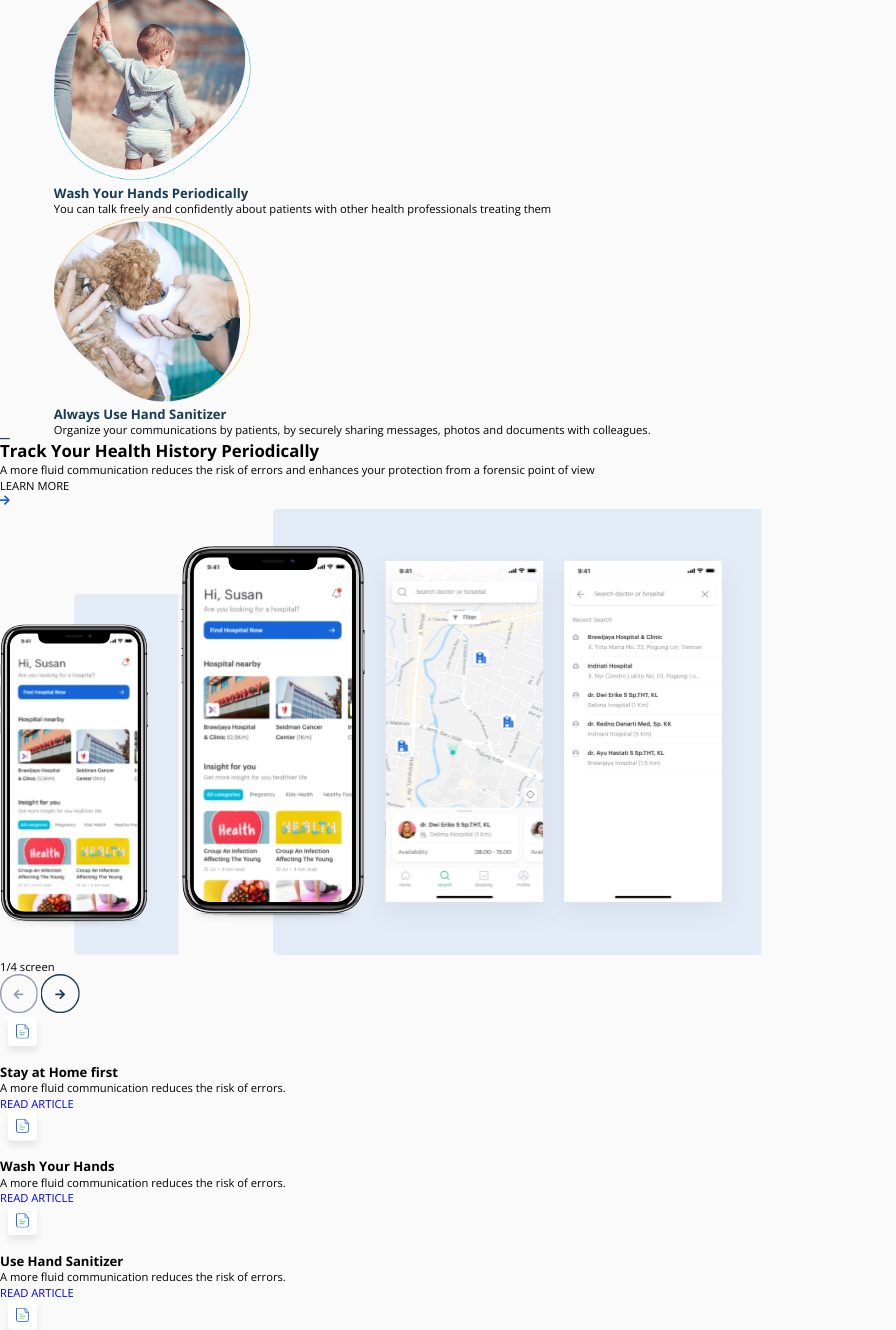
Repository: Esttevo/prova-html-css
Page: index.html
These files come from the project's save history. The page is drawn as it stood at one moment and after a run of saves; the edit follows.
The browser window is 1280 px wide. The pictures show the part of the page from y = 3478 to 5378 px (the page is 5974 px tall), at 70% of full size.
A picture or video elsewhere on the page could not be fetched, so the positions and the page height are approximate.

Above is the page before, as saved 2026-08-31 21:28:17.

### index.html
<!DOCTYPE html>
<html lang="en">
<head>
    <meta charset="UTF-8">
    <meta name="viewport" content="width=device-width, initial-scale=1.0">
    <title>Document</title>
    <link rel="stylesheet" href="style.css">
</head>
<body>
    <header>
        <img id="header-logo" src="img/icons/Logo.svg" alt="Logo escrita EHYA">

        <nav id="header-nav">
            <a class="no-chevron" href="#">Home</a>
            <a class="with-chevron" href="#">
                Landings
                <img src="img/icons/icon-chevron-down.svg" alt="indica que possui uma lista ao clicar">
            </a>
            <a class="with-chevron" href="#">
                Pages
                <img src="img/icons/icon-chevron-down.svg" alt="indica que possui uma lista ao clicar">
            </a>
            <a href="#">Docs</a>
            <a href="#">Help</a>
            <button>Get it now</button>
        </nav>

        <img src="img/icons/icon-menu-hamburger.svg" alt="Menu hamburger">
    </header>

    <main>
        <section id="section-hero">
            <div id="hero-text">
                <div id="bar-text">
                    <div class="estilization-bar"> a</div>

                    <h4>
                        Changing the way you
                        go to healthcare
                    </h4>
                </div>

                <h1>
                    Primary Care
                    Designed for
                    Real Life
                </h1>

                <p>
                Discuss patients, share notes and documents in a secure manner and be part of a network of health professionals ready to
                collaborate better.
                </p>

                <form id="form-hero" action="#">
                    <input id="text-write" type="text" placeholder="name@youremail.com">
                    <input id="button" type="submit" value="Subscribe">
                </form>
            </div>
            <img src="img/image-hero.png" alt="4 medicos sorrindo e uma medica sobrepondo os 4">
        </section>

        <section id="section-connect">
            <div id="connect-tittle-subtittle">
                <h2>
                    Connect easily. Collaborate efficiently.
                </h2>

                 <p>
                    Rather than do things the
                    ypical way, we’ve created
                    a membership-based primary
                    care practice truly designed
                    around your needs.
                </p>
            </div>

           <img src="img/Dashboard.svg" alt="dashboard de exemplo de um sistema de agendamento">

           <div id="cards-advantages">
                <div id="first-card-advantages">
                     <h2>01</h2>
                     <h3>For Doctor</h3>
                     <p>
                         You get an in-house
                         team to guide and advocate
                         for you through questions
                     </p>
                </div>

                <div id="second-card-advantages">
                     <h2>02</h2>
                     <h3>For Patient</h3>
                     <p>
                         You get an in-house
                         team to guide and advocate
                         for you through questions
                     </p>
                </div>

                <div id="third-card-advantages">
                     <h2>03</h2>
                     <h3>For Clinician</h3>
                     <p>
                         You get an in-house
                         team to guide and advocate
                         for you through questions
                     </p>
                </div>
            </div>
        </section>

        <section id="section-protect">
            <h2>
                Protect yourself and your family first.
            </h2>

            <div id="protect-content-tips">
                <div class="content-tips-card">
                    <img src="img/icons/icon-house.svg" alt="Casa">

                    <h3>
                        Stay at Home first
                    </h3>

                    <p>
                        Our technology makes
                        it practically impossible
                        for any patient data breach to occur
                    </p>
                </div>

                <div class="content-tips-card">
                    <img src="img/icons/icon-hand.svg" alt="Lavando a mao">

                    <h3>
                        Wash Your Hands Periodically
                    </h3>

                    <p>
                        You can talk freely and confidently
                        about patients with other health professionals
                         treating them
                    </p>
                </div>

                <div class="content-tips-card">
                    <img src="img/icons/icon-remedy.svg" alt="pilula de remedio">

                    <h3>
                        Consume more Vitamin C
                    </h3>

                    <p>
                        A more fluid communication reduces
                        the risk of errors and enhances your
                        protection from a forensic point of view
                    </p>
                </div>

                <div class="content-tips-card">
                    <img src="img/icons/icon-medicament.svg" alt="Caixa de remedio">

                    <h3>
                        Always Use Hand Sanitizer
                    </h3>

                    <p>
                        Organize your communications
                        by patients, by securely sharing
                        messages, photos and documents
                        with colleagues.
                    </p>
                </div>
            </div>
        </section>

        <section id="section-modern">
            <h2>
                Modern clinics.
                Smart, hassle
                -free care.
            </h2>

            <div id="first-and-second-content">
                <div class="modern-content-img-text">
                    <img src="img/image-medic.svg" alt="equipamentos de medico">
                    <h3>
                        Consume more Vitamin C
                    </h3>

                    <p>
                        A more fluid communication reduces
                        the risk of errors and enhances your
                        protection from a forensic point of view
                    </p>
                </div>

                <div class="modern-content-img-text">
                    <img src="img/image-kid.png" alt="Criança caminhando de mão dada">
                    <h3>
                        Wash Your Hands Periodically
                    </h3>

                    <p>
                        You can talk freely and confidently
                        about patients with other health professionals
                         treating them
                    </p>
                </div>
            </div>

            <div id="third-and-fourth-content">
                <div class="modern-content-img-text">
                    <img src="img/image-dog.png" alt="cachorro tomando agua no colo">
                    <h3>
                        Always Use Hand Sanitizer
                    </h3>

                    <p>
                        Organize your communications
                        by patients, by securely sharing
                        messages, photos and documents
                        with colleagues.
                    </p>
                </div>
            </div>
        </section>

        <section id="section-health">
            <div class="health-content-text">
                <div class="estilization-bar"></div>

                <h2>
                     Track Your Health
                     History Periodically
                </h2>

                <p>
                 A more fluid communication reduces
                 the risk of errors and enhances your
                 protection from a forensic
                 point of view
                </p>

                <div id="learn-more">
                     <p>LEARN MORE</p>
                     <img src="img/icons/icon-arrow-right.svg" alt="seta para a direita, clique para ler mais">
                </div>
            </div>

           <img id="image-mobile" src="img/image-health-mobile.svg" alt="iphone em um site de localização de hospitais com mapa e busca">
            <img id="image-desktop" src="img/image-health-desktop.svg" alt="iphone em um site de localização de hospitais com mapa e busca">
           <div id="count-pages">
                <p>1/4 screen</p>

                <div id="img-arrow">
                    <img src="img/icons/icon-button-left.svg" alt="botão para tela da esquerda">
                    <img src="img/icons/icon-button-right.svg" alt="botão para tela da direita">
                </div>
           </div>
        </section>

        <section id="section-resources">
            <article class="selected-resources-card">
                <img src="img/icons/icon-docs.png" alt="simbolo de documento">

                <h3>Stay at Home first</h3>

                <p>
                    A more fluid communication
                    reduces the risk of errors.
                </p>

                <a href="#">
                    READ ARTICLE
                </a>
            </article>

            <article class="resources-card">
                <img src="img/icons/icon-docs.png" alt="simbolo de documento">

                <h3>
                    Wash Your Hands
                </h3>

                <p>
                    A more fluid communication
                    reduces the risk of errors.
                </p>

                <a href="#">
                    READ ARTICLE
                </a>
            </article>

            <article class="resources-card">
                <img src="img/icons/icon-docs.png" alt="simbolo de documento">

                <h3>Use Hand Sanitizer</h3>

                <p>
                    A more fluid communication
                    reduces the risk of errors.
                </p>

                <a href="#">
                    READ ARTICLE
                </a>
            </article>

            <article class="resources-card">
                <img src="img/icons/icon-docs.png" alt="simbolo de documento">

                <h3>Consume Vitamin C</h3>

                <p>
                    A more fluid communication
                    reduces the risk of errors.
                </p>

                <a href="#">
                    READ ARTICLE
                </a>
            </article>
        </section>

        <section id="section-updates">
            <h2>be the first to know our updates</h2>

            <form action="#">
                <input  type="text" id="name" name="name" placeholder="&#xF007; Teste">
                <input  type="text" id="name" name="name" placeholder="&#xF007; Teste">
                <input type="submit" value="Subscribe Us">
            </form>
        </section>
    </main>

    <footer id="footer">
        <div id="footer-content-nav">
            <nav class="nav-footer">
                <a class="nav-tittle" href="#">Product</a>
                <a class="nav-item" href="#">Landingpage</a>
                <a class="nav-item" href="#">Features</a>
                <a class="nav-item" href="#">Documentation</a>
                <a class="nav-item" href="#">Referral Program</a>
                <a class="nav-item" href="#">Pricing</a>
            </nav>

            <nav class="nav-footer">
                <a class="nav-tittle" href="#">Services</a>
                <a class="nav-item" href="#">Documentation</a>
                <a class="nav-item" href="#">Design</a>
                <a class="nav-item" href="#">Themes</a>
                <a class="nav-item" href="#">Illustrations</a>
                <a class="nav-item" href="#">UI Kit</a>
            </nav>

            <nav class="nav-footer">
                <a class="nav-tittle" href="#">Company</a>
                <a class="nav-item" href="#">About</a>
                <a class="nav-item" href="#">Terms</a>
                <a class="nav-item" href="#">Privacy Policy</a>
                <a class="nav-item" href="#">Careers</a>
            </nav>

            <nav class="nav-footer">
                <a class="nav-tittle" href="#">More</a>
                <a class="nav-item" href="#">Documentation</a>
                <a class="nav-item" href="#">License</a>
                <a class="nav-item" href="#">Changelog</a>
            </nav>
        </div>

        <img src="img/icons/Logo.svg" alt="simbolo de logo">

        <p>Build a modern and creative website with crealand</p>

        <div id="icons-footer">
            <img src="img/icons/Icon-google.svg" alt="icone redirecionamento google">
            <img src="img/icons/icon-email.svg" alt="icone redirecionamento email">
            <img src="img/icons/icon-instagram.svg" alt="icone redirecionamento instagram">
            <img src="img/icons/icon-linkedin.svg" alt="icone redirecionamento linkedIn">
        </div>
    </footer>
</body>
</html>

### style.css
@import url('https://fonts.googleapis.com/css2?family=Inter:ital,opsz,wght@0,14..32,100..900;1,14..32,100..900&display=swap');
@import url('https://fonts.googleapis.com/css2?family=Inter:ital,opsz,wght@0,14..32,100..900;1,14..32,100..900&family=Open+Sans:ital,wght@0,300..800;1,300..800&display=swap');

:root {
    --primary-background-color: #FAFAFA;
    --secundary-background-color: #FFFFFF;

    --primary-color: #1565D8;

    --primary-tittle-font-color: #183B56;

    --primary-subtittle-font-color: #5A7184;

    --primary-font-family: "Open Sans", sans-serif;
    --secundary-font-family: "Inter", sans-serif;

    --color-spacing: #E3E7ED;
}

* {
    margin: 0;
    padding: 0;
    text-decoration: none;
    box-sizing: border-box;
    overflow-x: hidden;
}

body {
    font-family: var(--primary-font-family);
    background-color: var(--primary-background-color);
}

header {
    display: flex;
    justify-content: space-between;
    padding: 1.2rem 1.5rem;

}

#header-nav {
    display: none;
}

#bar-text {
    display: flex;
    flex-direction: column;
    align-items: center;
    gap: 1rem;
    padding: 1.2rem 3rem;
}

.estilization-bar {
    background-color: #344563;;
    width: 14px;
    height: 2px;
}

#bar-text h4 {
    font-size: clamp(14px, 1vw, 30px);
    text-align: center;
    line-height: 150%;
    color: var(--primary-tittle-font-color);
}

#section-hero {
    display: flex;
    flex-direction: column;
    padding: 0 clamp(1.25rem, 6vw, 9rem);
}

#section-hero h1 {
    color: var(--primary-tittle-font-color);
    text-align: center;
    line-height: 125%;
    font-weight: 700;
    letter-spacing: 0.2;
    font-family: var(--secundary-font-family);
    padding: 0 1rem;
    font-size: clamp(32px, 5vw, 56px);
}

#section-hero p {
    color: var(--primary-subtittle-font-color);
    text-align: center;
    font-size: 1rem;
    padding-top: 1rem;
    line-height: 175%;
}

#section-hero form {
    display: flex;
    flex-direction: column;
    width: clamp(280px, 100%, 400px);
    padding: 2rem 0;
    justify-self: center;
}

#section-hero #text-write {
    height: 3.8rem;
    border: none;
    border-radius: 0.5rem;
    padding: 1rem;
    font-family: var(--primary-font-family);
}

#section-hero #button {
    background-color: var(--primary-color);
    border: none;
    font-size: var(--primary-font-family);
    color: #FFFFFF;
    border-radius: 0.5rem;
    padding: 0.5rem 0;
    height: 2.5rem;
}

#section-hero img {
    width: clamp(280px, 100%, 540px);
    align-self: center;
    padding-bottom: 3rem;
}

#section-connect {
    display: flex;
    flex-direction: column;
    padding: 0 clamp(1.25rem, 6vw, 9rem);

}

#connect-tittle-subtittle h2{
    border-top: 1px solid var(--color-spacing);
    color: var(--primary-tittle-font-color);
    text-align: center;
    padding: 1rem;
    padding-top: 3.7rem;
    line-height: 125%;
    font-family: var(--secundary-font-family);
}

#connect-tittle-subtittle p {
    color: var(--primary-subtittle-font-color);
    text-align: center;
    line-height: 175%;
    padding-bottom: 0.5rem;
}

#section-connect img {
    width: 438px;
    /* fica certo aos 498, nsei como fazer ainda*/
}

#cards-advantages {
    display: flex;
    flex-direction: column;
    padding-bottom: 3.7rem;
    border-bottom: 1px solid var(--color-spacing);
}

#first-card-advantages {
    display: flex;
    flex-direction: column;
    background-color: var(--secundary-background-color);
    padding: 1rem 1.5rem 1rem 1.5rem;
    border: 1px solid #F8F9FA;
    border-radius: 8px;

}

#first-card-advantages h2 {
    color: var(--primary-color);
    font-size: clamp(24px, 3vw, 48px);
    padding-bottom: 0.8rem;
}

#first-card-advantages h3 {
    font-family: var(--secundary-font-family);
    color: var(--primary-tittle-font-color);
    padding-bottom: 0.5rem;
}

#first-card-advantages p {
    color: var(--primary-subtittle-font-color);
}

#second-card-advantages {
    display: none;
}

#third-card-advantages {
    display: none;
}

#section-protect {
    display: flex;
    flex-direction: column;
    align-content: center;
    padding: 0 clamp(1.25rem, 6vw, 9rem);

}

#section-protect h2  {
    font-family: var(--secundary-font-family);
    font-size: clamp(24px, 3vw, 48px);
    color: var(--primary-tittle-font-color);
    padding-bottom: 2rem;
    padding-top: 4rem;
    text-align: center;
    letter-spacing: 0.2;
    font-weight: 700;
}

#protect-content-tips {
    display: flex;
    flex-direction: column;
}

.content-tips-card {
    display: flex;
    flex-direction: column;
    align-items: center;
    padding-bottom: 5rem;
}

.content-tips-card img {
    width: clamp(82px, 9vw, 130px);
    align-self: center;
    margin: 2rem;
}

.content-tips-card h3 {
    font-family: var(--secundary-font-family);
    font-size: clamp(16px, 3vw, 20px);
}
.content-tips-card p {
    color: var(--primary-subtittle-font-color);
    text-align: center;
    padding-top: 0.6rem;
    line-height: 170%;
}

#section-modern {
    display: flex;
    flex-direction: column;
    padding: 0 clamp(1.25rem, 6vw, 9rem);
}

#section-modern h2 {
    color: var(--primary-tittle-font-color);
    padding-top: 4.5rem;
    border-top: 1px solid var(--color-spacing);
}

.modern-content-img-text h3 {
    color: var(--primary-tittle-font-color);
}

After the next 5 saves:
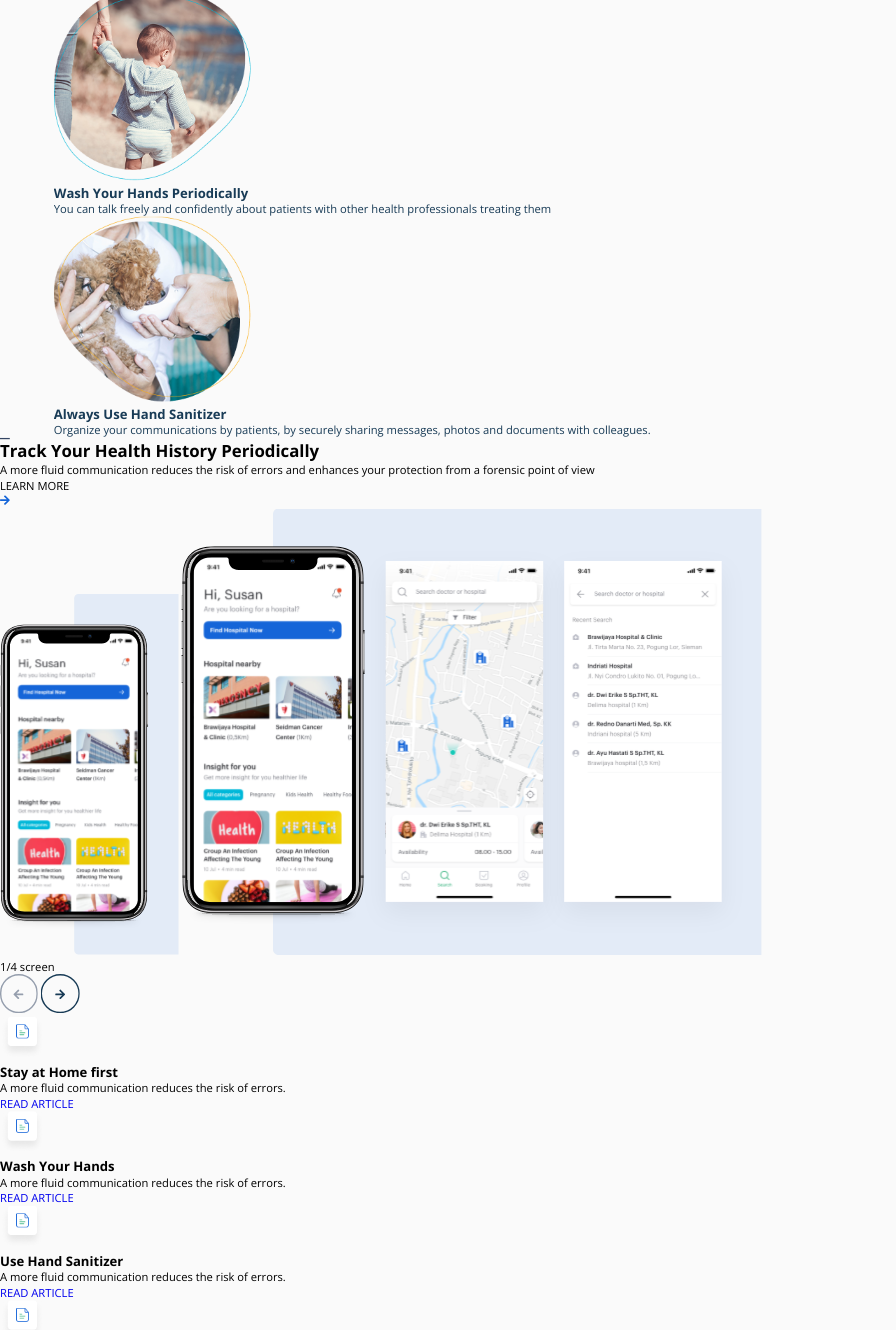
The 5 saves are shown as one change because they came seconds apart.
The last was saved 18 s later.
--- a/style.css
+++ b/style.css
@@ -252,3 +252,7 @@ header {
 .modern-content-img-text h3 {
     color: var(--primary-tittle-font-color);
 }
+
+.modern-content-img-text p {
+    color: var(--primary-tittle-font-color);
+}
